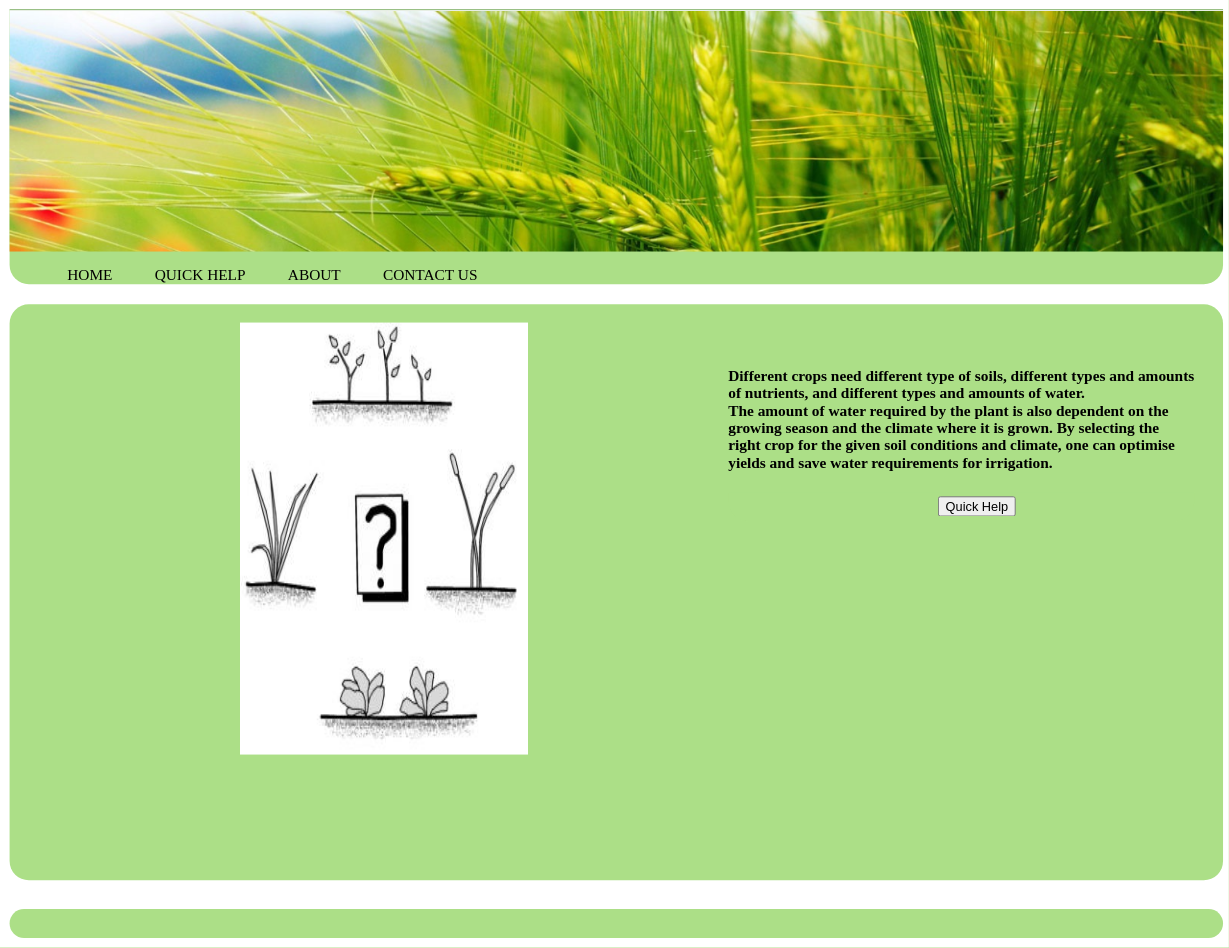
Repository: shivamtyagi1234/FarmoFriend
Page: http://localhost/FarmoFriend/
An editor plug-in stored every save of this project. The page is shown before and after the next save, followed by the edit.
The browser window is 1280 px wide. The pictures show the whole page, at 96% of full size.
The page is served by Tomcat 9.

Above is the page before, as saved 2019-11-03 07:21:40.

After the next save:
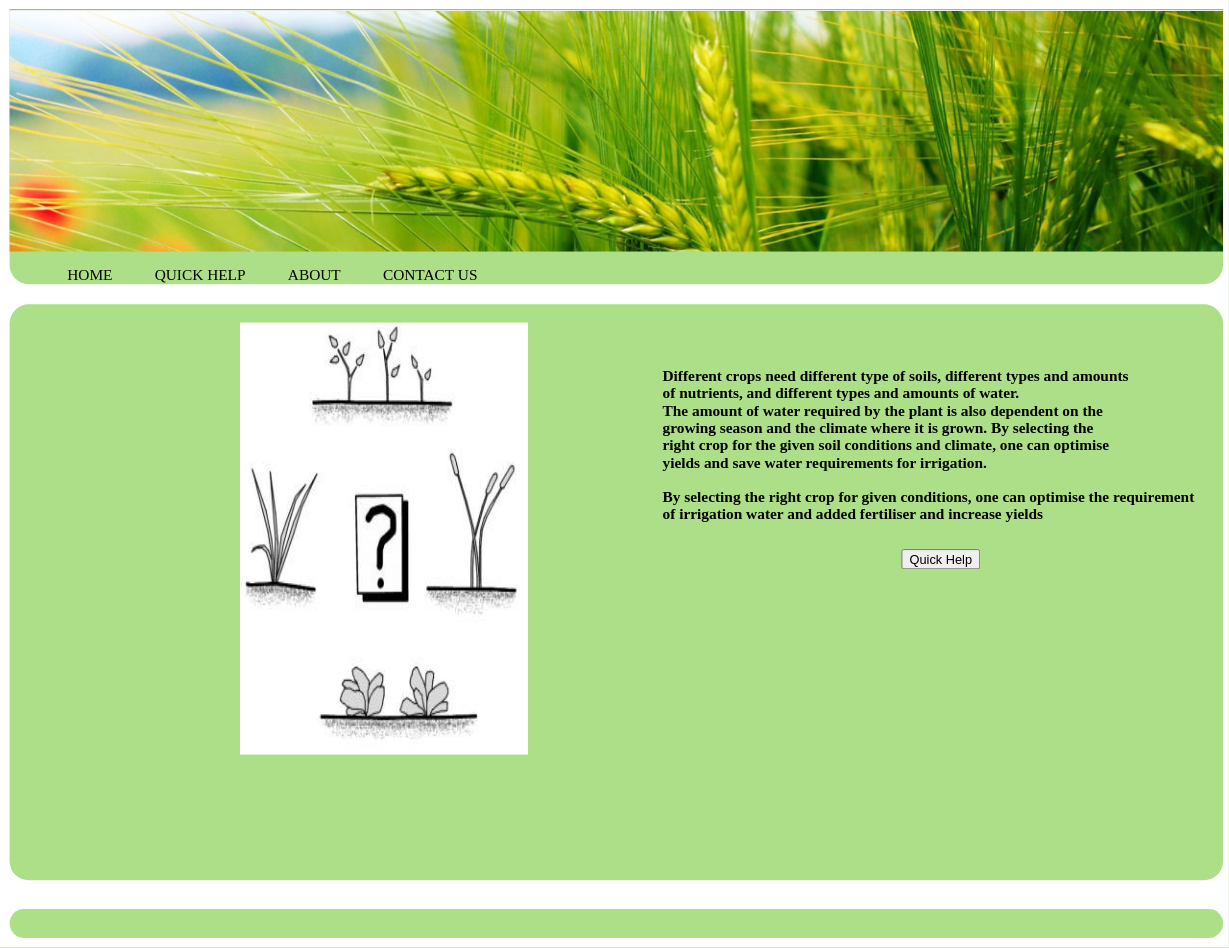
Saved 2 min 34 s later.
--- a/FarmoFriend/WebContent/home.jsp
+++ b/FarmoFriend/WebContent/home.jsp
@@ -79,10 +79,12 @@ height:30px;
 	<div style="float: right; text-align: left; text-decoration: blink; padding-right:30px; padding-top: 45px";>
 	<p><h4>Different crops need different type of soils, different types and amounts
 	<br>of nutrients, and different types and amounts of water.
-	<br> The amount of water required by the plant is also dependent on the
+	<br>The amount of water required by the plant is also dependent on the
 	<br>growing season and the climate where it is grown. By selecting the
 	<br>right crop for the given soil conditions and climate, one can optimise
-	<br> yields and save water requirements for irrigation.<br></h4></p>
+	<br> yields and save water requirements for irrigation.<br>
+	<br>By selecting the right crop for given conditions, one can optimise the requirement
+	<br>of irrigation water and added fertiliser and increase yields</h4></p>
 	<div id="QuickHelp">
 <a href="voterLogin.jsp"><button>Quick Help</button></a>
 </div>
